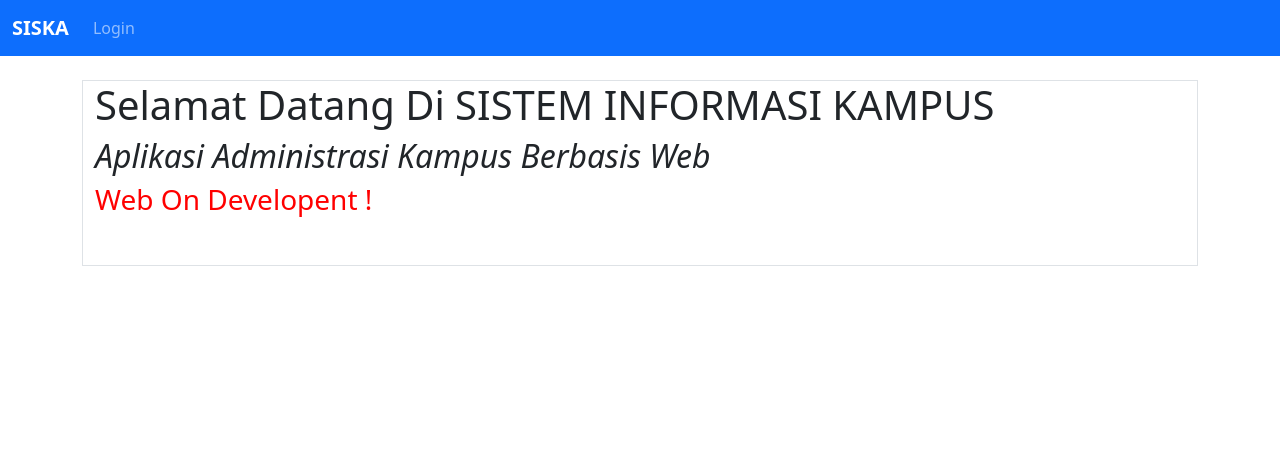
Repository: WiraAtma/administrasi-kampus
Page: http://localhost/
The author's editor kept a copy of each file at every save. The page is drawn from the files as they stood at one save, then again after the next save.
The browser window is 1280 px wide. The pictures show the whole page.
The page is served by the project's Laravel application, run on PHP 8.4 with Laravel 12. Other server files are loaded and not shown.

Above is the page before, as saved 2024-10-25 15:24:30.

### routes/web.php
<?php

use App\Http\Controllers\AuthController;
use App\Http\Controllers\FakultasController;
use App\Http\Controllers\MahasiswaController;
use App\Http\Controllers\ProdiController;
use App\Http\Middleware\AdminAccess;
use App\Http\Middleware\DosenAccess;
use Illuminate\Support\Facades\Route;

Route::get('/', function() {
    return view('home');
});

Route::get('/login', [AuthController::class, 'login'])->name('login')->middleware('guest');
Route::post('/login', [AuthController::class, 'authenticing'])->middleware('guest');
Route::get('/logout', [AuthController::class, 'logout']);

Route::get('/mahasiswa', [MahasiswaController::class, 'index'])->middleware('auth');
Route::get('/mahasiswa-detail/{id}', [MahasiswaController::class, 'show'])->middleware('auth');
Route::get('/mahasiswa-create', [MahasiswaController::class, 'create'])->middleware([AdminAccess::class]);
Route::post('/filter-mahasiswa', [MahasiswaController::class, 'store'])->middleware([AdminAccess::class]);
Route::get('/mahasiswa-edit/{id}', [MahasiswaController::class, 'edit'])->middleware([DosenAccess::class]);
Route::put('/filter-mahasiswa/{id}', [MahasiswaController::class, 'update'])->middleware([DosenAccess::class]);
Route::get('/mahasiswa-delete/{id}', [MahasiswaController::class, 'delete'])->middleware([AdminAccess::class]);
Route::delete('/filter-delete-mahasiswa/{id}', [MahasiswaController::class, 'destroy'])->middleware([AdminAccess::class]);
Route::get('/mahasiswa-temporary', [MahasiswaController::class, 'mahasiswaDeleted'])->middleware([AdminAccess::class]);
Route::get('/filter-restore-mahasiswa/{id}', [MahasiswaController::class, 'restore'])->middleware([AdminAccess::class]);

Route::get('/prodi', [ProdiController::class, 'index'])->middleware('auth');
Route::get('/prodi-detail/{id}', [ProdiController::class, 'show'])->middleware('auth');
Route::get('/prodi-create', [ProdiController::class, 'create'])->middleware([AdminAccess::class]);
Route::post('/filter-prodi', [ProdiController::class, 'store'])->middleware([AdminAccess::class]);
Route::get('/prodi-edit/{id}', [ProdiController::class, 'edit'])->middleware([DosenAccess::class]);
Route::post('/filter-prodi/{id}', [ProdiController::class, 'update'])->middleware([DosenAccess::class]);
Route::get('/prodi-delete/{id}', [ProdiController::class, 'delete'])->middleware([AdminAccess::class]);
Route::delete('/filter-delete-prodi/{id}', [ProdiController::class, 'destroy'])->middleware(AdminAccess::class);
Route::get('/prodi-temporary', [ProdiController::class, 'prodiDeleted'])->middleware([AdminAccess::class]);
Route::get('/filter-restore-prodi/{id}', [ProdiController::class, 'restore'])->middleware([AdminAccess::class]);

Route::get('/fakultas', [FakultasController::class, 'index'])->middleware('auth');

### resources/views/home.blade.php
@extends('layouts.mainLayouts')

@section('title', 'Beranda')

@section('content')
<div class="container d-flex border">
    <div class="wrapper ">
        <h1>Selamat Datang Di SISTEM INFORMASI KAMPUS</h1>
        <h2><i>Aplikasi Administrasi Kampus Berbasis Web</i></h2>
        <h3 style="color: red">Web On Developent !</h3>
        <div class="mt-5">
        @if(auth()->check() && auth()->user()->name != '')
            <h6>User Login : {{ Auth::user()->name }}</h6>
            <h6>User Position : {{ Auth::user()->role->name }}</h6>
        @else
        @endif
    </div>
    </div>

</div>

@endsection

### resources/views/layouts/mainLayouts.blade.php
<!DOCTYPE html>
<html lang="en">
<head>
    <meta charset="UTF-8">
    <meta name="viewport" content="width=device-width, initial-scale=1.0">
    <meta http-equiv="X-UA-Compatible" content="ie=edge">
    <title>SISKA | @yield('title')</title>
    <link href="https://cdn.jsdelivr.net/npm/bootstrap@5.3.3/dist/css/bootstrap.min.css" rel="stylesheet" integrity="sha384-QWTKZyjpPEjISv5WaRU9OFeRpok6YctnYmDr5pNlyT2bRjXh0JMhjY6hW+ALEwIH" crossorigin="anonymous">
</head>
<body>
    <nav class="navbar sticky-top bg-primary navbar-expand-lg" data-bs-theme="dark">
        <div class="container-fluid">
          <a class="navbar-brand" href="/" style="font-weight: bold">SISKA</a>
          <button class="navbar-toggler" type="button" data-bs-toggle="collapse" data-bs-target="#navbarTogglerDemo02" aria-controls="navbarTogglerDemo02" aria-expanded="false" aria-label="Toggle navigation">
            <span class="navbar-toggler-icon"></span>
          </button>
          <div class="collapse navbar-collapse" id="navbarTogglerDemo02">
            @if(auth()->check() && auth()->user()->name != '')
              <ul class="navbar-nav me-auto mb-2 mb-lg-0">
                <li class="nav-item">
                  <a class="nav-link {{ request()->is('/') ? 'active' : ''}}" href="/">Beranda</a>
                </li>
                <li class="nav-item">
                  <a class="nav-link {{ request()->is('mahasiswa') ? 'active' : ''}}" href="/mahasiswa">Mahasiswa</a>
                </li>
                <li class="nav-item">
                  <a class="nav-link {{ request()->is('prodi') ? 'active' : ''}}" href="/prodi">Program Studi</a>
                </li>
                <li class="nav-item">
                  <a class="nav-link {{ request()->is('fakultas') ? 'active' : ''}}" href="/fakultas">Fakultas Kampus</a>
                </li>
              </ul>
            @else
            @endif
            <ul class="navbar-nav">
              <li class="nav-item">
                @if(auth()->check() && auth()->user()->name != '')
                  <a href="/logout" class="nav-link">Logout</a>
                @else
                  <a href="/login" class="nav-link">Login</a>
                @endif
              </li>
            </ul>
          </div>
        </div>
    </nav>
    <div class="container mt-4">
        @yield('content')
    </div>
    <script src="https://cdn.jsdelivr.net/npm/bootstrap@5.3.3/dist/js/bootstrap.bundle.min.js" integrity="sha384-YvpcrYf0tY3lHB60NNkmXc5s9fDVZLESaAA55NDzOxhy9GkcIdslK1eN7N6jIeHz" crossorigin="anonymous"></script>
</body>
</html>

After the next save:
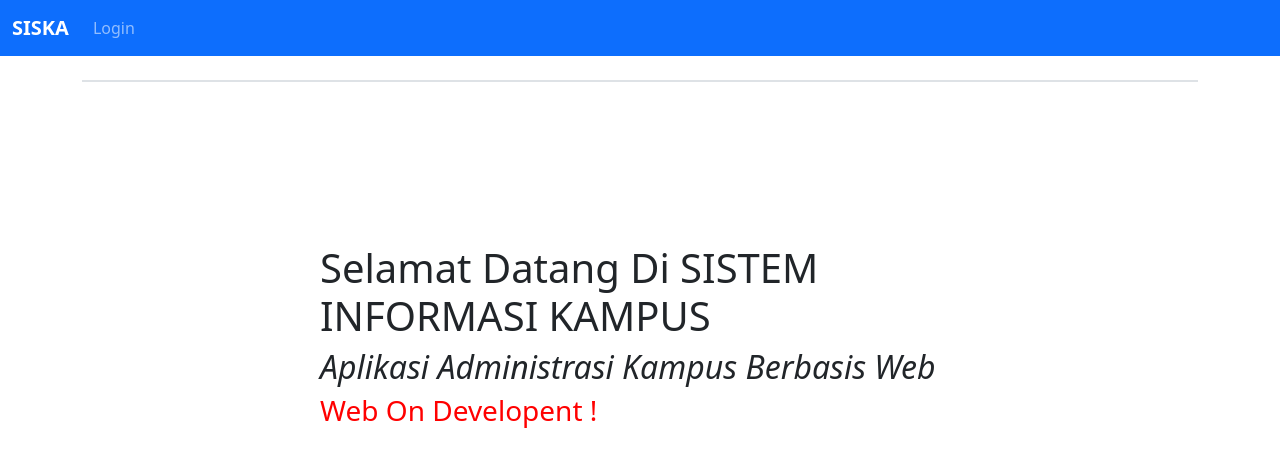
Saved 2 min 2 s later.
--- a/resources/views/home.blade.php
+++ b/resources/views/home.blade.php
@@ -4,7 +4,7 @@
 
 @section('content')
 <div class="container d-flex border">
-    <div class="wrapper ">
+    <div class="wrapper position-absolute top-50 start-50 translate-middle">
         <h1>Selamat Datang Di SISTEM INFORMASI KAMPUS</h1>
         <h2><i>Aplikasi Administrasi Kampus Berbasis Web</i></h2>
         <h3 style="color: red">Web On Developent !</h3>
